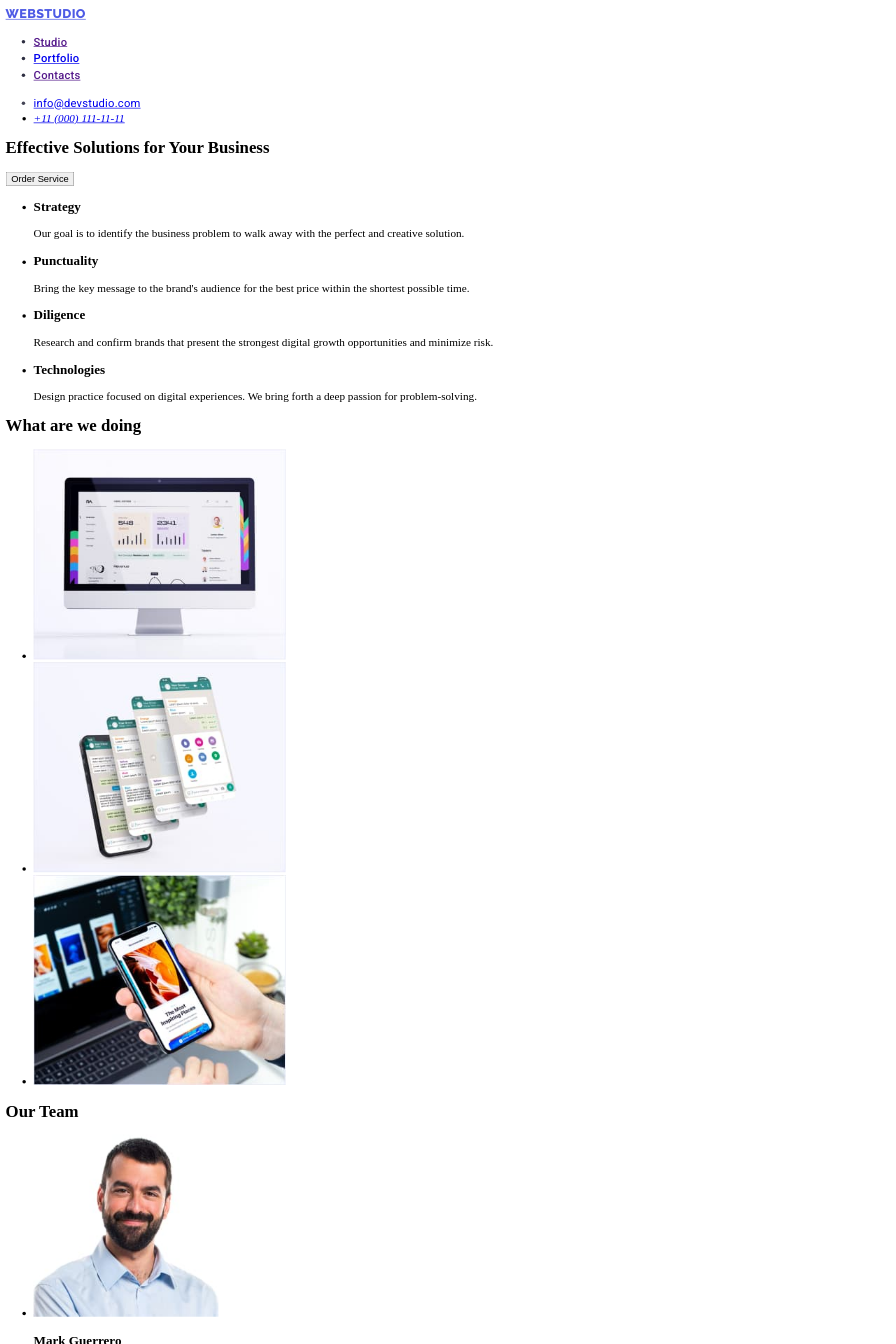
Repository: GrishchenkoNataliya/goit-markup-hw-02
Page: index.html
These files come from the project's save history. The page is drawn as it stood at one moment and after the next save; the edit follows.
The browser window is 1280 px wide. The pictures show the part of the page from y = 0 to 1920 px (the page is 3119 px tall before and 3125 px after), at 70% of full size.

Above is the page before, as saved 2023-03-04 00:14:34.

After the next save:
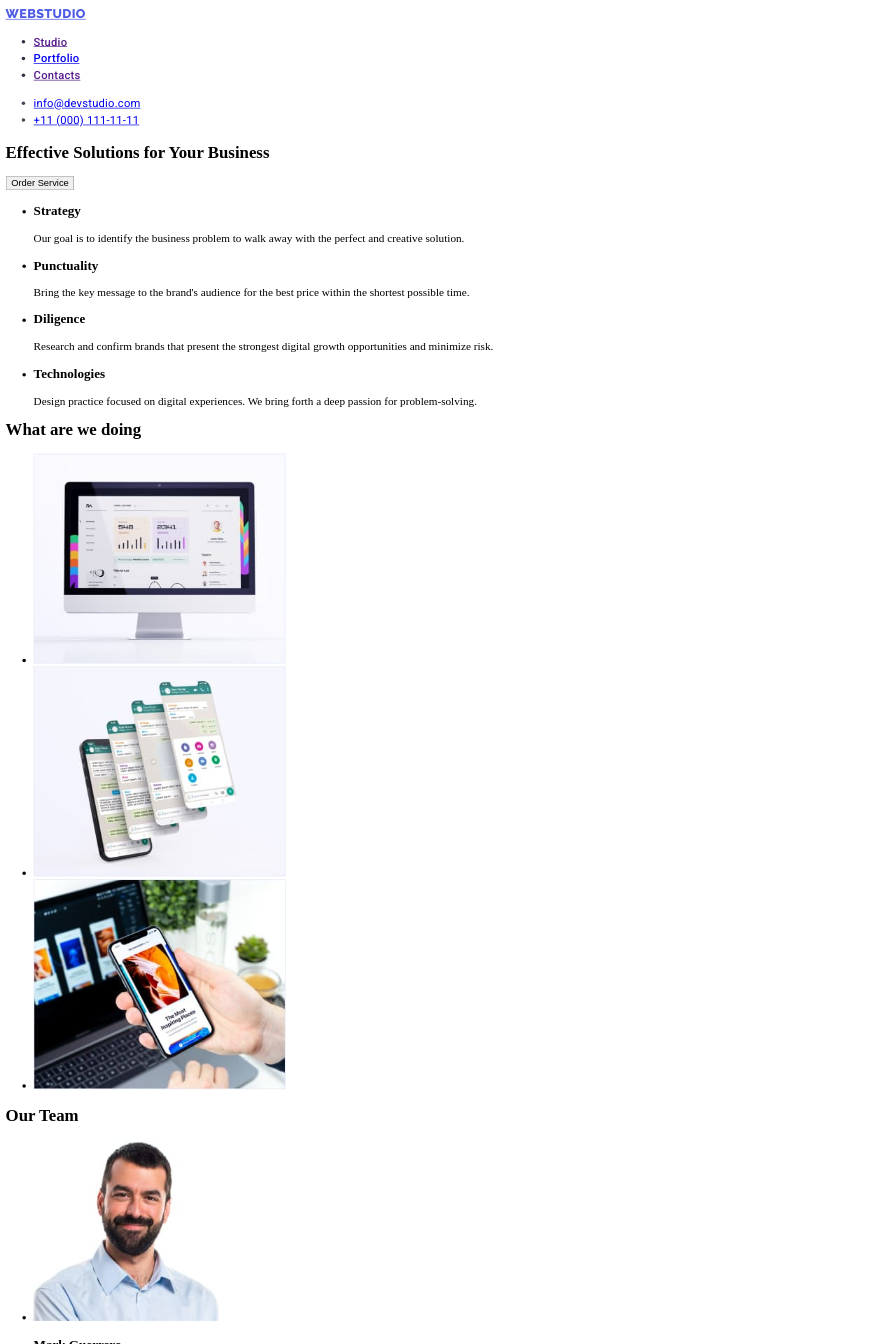
Saved 106 s later.
--- a/css/styles.css
+++ b/css/styles.css
@@ -41,15 +41,15 @@ body {
 .address {
 }
 .address-list {
-}
-.address-mail {
   font-family: "Roboto";
   font-style: normal;
   font-weight: 400;
   font-size: 16px;
-  line-height: 24px;
+  line-height: 1.5;
   letter-spacing: 0.02em;
   color: #434455;
 }
+.address-mail {
+}
 .address-tel {
 }
